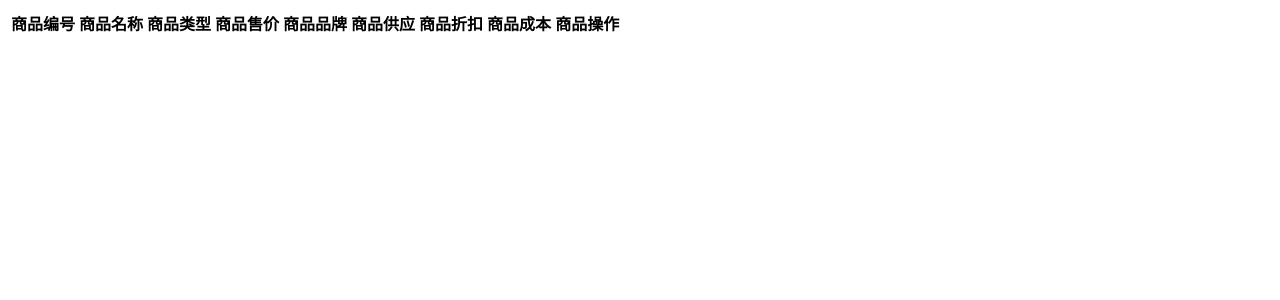
Repository: qyl1006/JavaApps
Page: workspace/web-01-html/WebContent/hello/list03.html
The author's editor kept a copy of each file at every save. The page is drawn from the files as they stood at one save, then again after the next save.
The browser window is 1280 px wide. The pictures show the whole page.

Above is the page before, as saved 2018-02-27 10:47:36.

### workspace/web-01-html/WebContent/hello/list03.html
<!DOCTYPE html PUBLIC "-//W3C//DTD HTML 4.01 Transitional//EN" "http://www.w3.org/TR/html4/loose.dtd">
<html>
<head>
<meta http-equiv="Content-Type" content="text/html; charset=UTF-8">
<title>Insert title here</title>
</head>
<body>
	<table>
		<tr>
			<th>商品编号</th>
			<th>商品名称</th>
			<th>商品类型</th>
			<th>商品售价</th>
			<th>商品品牌</th>
			<th>商品供应</th>
			<th>商品折扣</th>
			<th>商品成本</th>
			<th>商品操作</th>
			<th></th>
		</tr>
	</table>
</body>
</html>

After the next save:
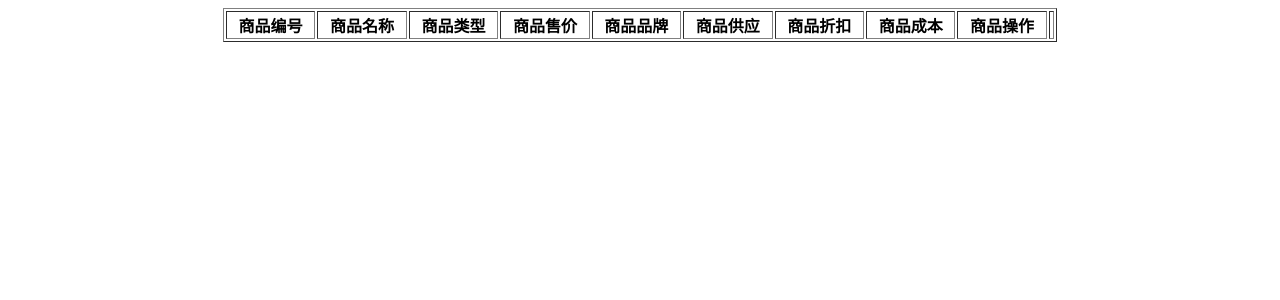
Saved 72 s later.
--- a/workspace/web-01-html/WebContent/hello/list03.html
+++ b/workspace/web-01-html/WebContent/hello/list03.html
@@ -5,7 +5,7 @@
 <title>Insert title here</title>
 </head>
 <body>
-	<table>
+	<table align="center" border="1" width="66%">
 		<tr>
 			<th>商品编号</th>
 			<th>商品名称</th>
